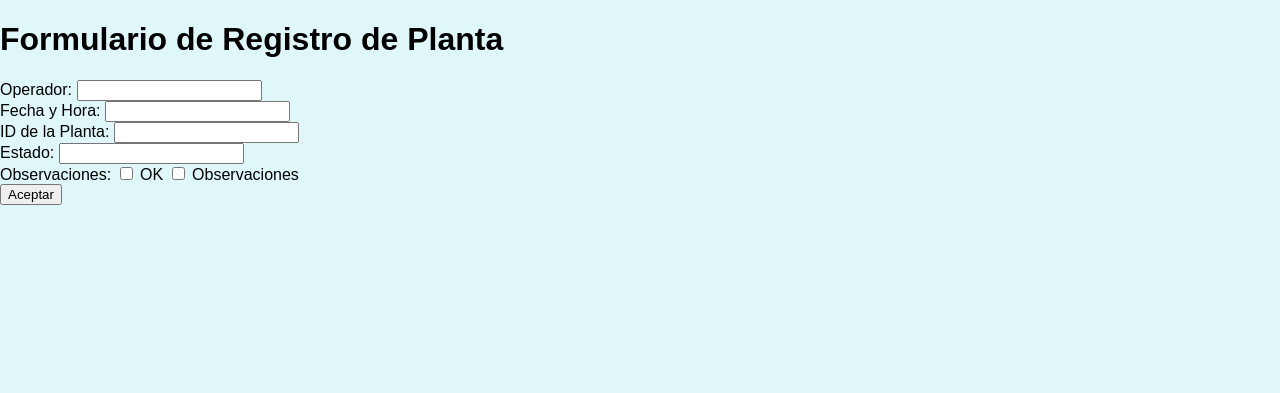
Repository: EzioPuma/guardianesdelecosistema
Page: http://localhost/registroplanta
The author's editor kept a record of every edit. The page is drawn from the files as they stood at one moment, then again after the next edit.
The browser window is 1280 px wide. The pictures show the whole page.
The page is served by the project's application, run on Flask 3 (app.py).

Above is the page before.

After the next edit:
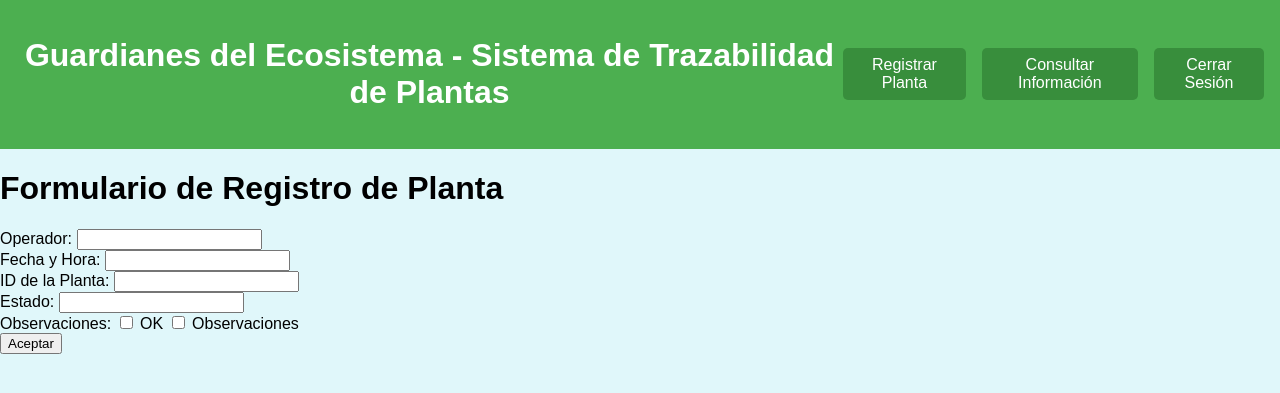
The edit:
--- a/templates/registroplanta.html
+++ b/templates/registroplanta.html
@@ -8,6 +8,16 @@
 
 </head>
 <body>
+    <header>
+        <div class="header-container">
+            <h1>Guardianes del Ecosistema - Sistema de Trazabilidad de Plantas</h1>
+            <nav>
+                <a href="{{ url_for('registroplanta') }}" class="header-link">Registrar Planta</a>
+                <a href="{{ url_for('consultar') }}" class="header-link">Consultar Información</a>
+                <a href="{{ url_for('login') }}" class="header-link">Cerrar Sesión</a>
+            </nav>
+        </div>
+    </header>
     <h1>Formulario de Registro de Planta</h1>
     <form action="{{ url_for('formulario') }}" method="POST">
         <div>
